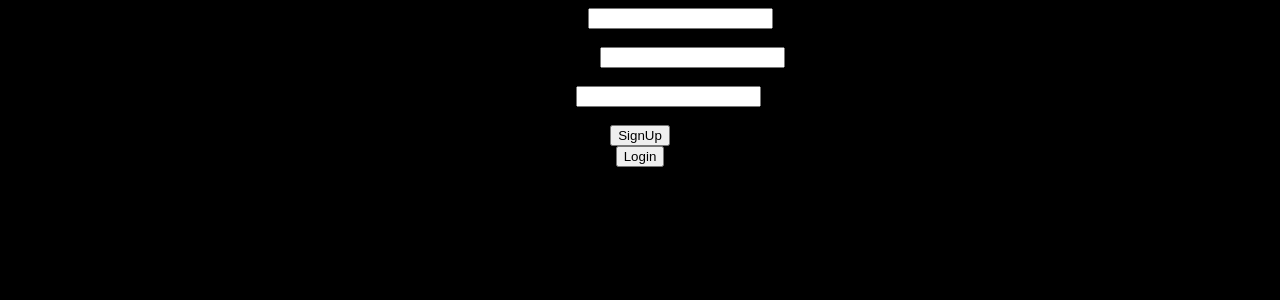
Repository: selvakumar46/Project-Maven
Page: http://localhost/ProjectKFC/Register.jsp
The author's editor kept a copy of each file at every save. The page is drawn from the files as they stood at one save, then again after the next save.
The browser window is 1280 px wide. The pictures show the whole page.
The page is served by Tomcat 9. Nobody is signed in. The application's start-up code is not run.

Above is the page before, as saved 2022-01-07 03:30:58.

After the next save:
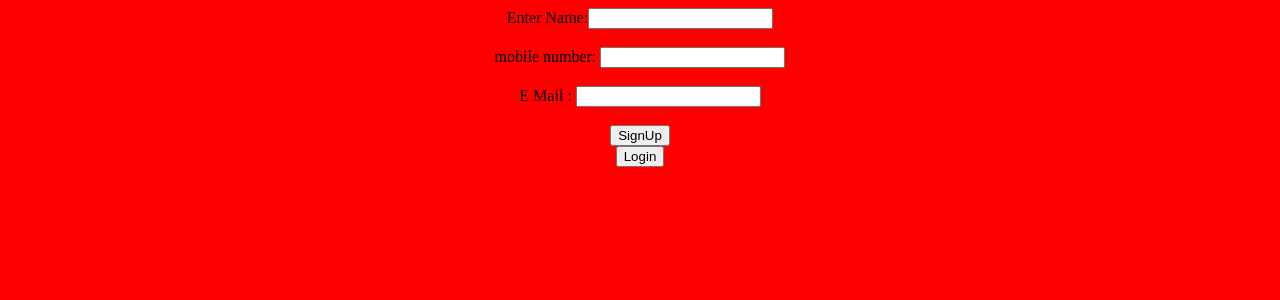
Saved 10 s later.
--- a/ProjectKFC/src/main/webapp/Register.jsp
+++ b/ProjectKFC/src/main/webapp/Register.jsp
@@ -9,7 +9,7 @@
 <title>Register Kfc</title>
 <style >
 	body {
-	background-color: black;
+	background-color: red;
 	}
 </style>
 </head>
